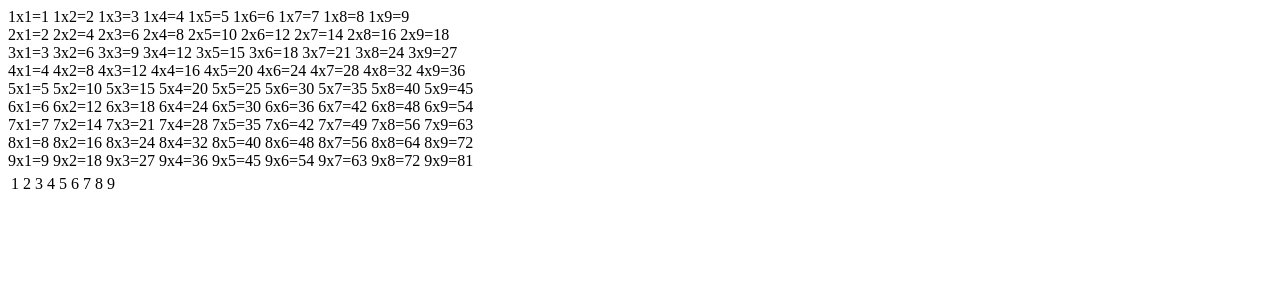
Repository: SongSooJin/JSP
Page: http://localhost/5-jsp-basic/example5/gugudan2.jsp
These files come from the project's save history. The page is drawn as it stood at one moment and after the next save; the edit follows.
The browser window is 1280 px wide. The pictures show the whole page.
The page is served by Tomcat 9. Other server files are loaded and not shown.

Above is the page before, as saved 2018-10-08 05:23:24.

### 5-jsp-basic/WebContent/example5/gugudan2.jsp
<%@ page language="java" contentType="text/html; charset=UTF-8"
	pageEncoding="UTF-8"%>
<!DOCTYPE html>
<html>
<head>
<meta charset="UTF-8">
<title>Insert title here</title>
</head>
<body>

	<%
		for(int i=1; i<=9; i++) {
			for(int j=1; j<=9; j++){
				out.print(i +"x"+ j + "=" + (i*j) + " ");
			}
			out.print("<br>");
		}
	%>

	<table>
		<thead>
			<tr>

			</tr>
		</thead>
		<tbody>
			<tr>
				<td>1</td>
				<td>2</td>
				<td>3</td>
				<td>4</td>
				<td>5</td>
				<td>6</td>
				<td>7</td>
				<td>8</td>
				<td>9</td>
			</tr>
		</tbody>
	</table>

</body>
</html>

After the next save:
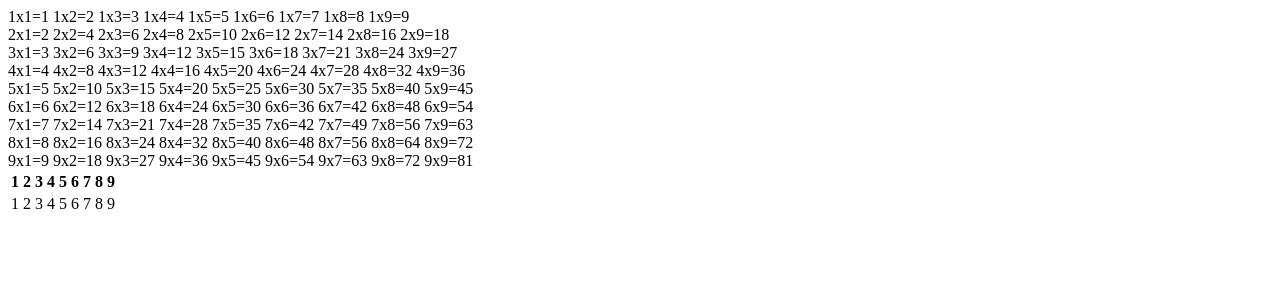
Saved 18 s later.
--- a/5-jsp-basic/WebContent/example5/gugudan2.jsp
+++ b/5-jsp-basic/WebContent/example5/gugudan2.jsp
@@ -20,7 +20,15 @@
 	<table>
 		<thead>
 			<tr>
-
+				<th>1</th>
+				<th>2</th>
+				<th>3</th>
+				<th>4</th>
+				<th>5</th>
+				<th>6</th>
+				<th>7</th>
+				<th>8</th>
+				<th>9</th>
 			</tr>
 		</thead>
 		<tbody>
